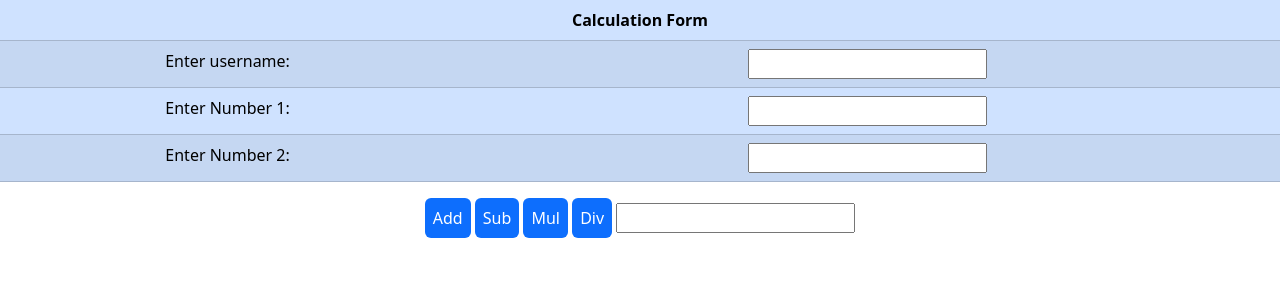
Repository: nyeinsu4520/coursera-test
Page: http://localhost/J2P_J2EE/calculation_form.jsp
The author's editor kept a copy of each file at every save. The page is drawn from the files as they stood at one save, then again after the next save.
The browser window is 1280 px wide. The pictures show the whole page.
The page is served by Tomcat 9.

Above is the page before, as saved 2024-05-27 12:56:53.

After the next save:
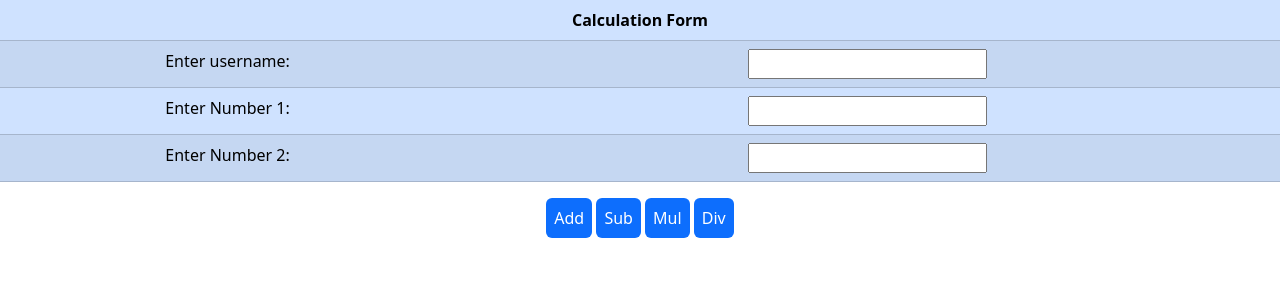
Saved 12 s later.
--- a/J2P_J2EE/src/main/webapp/calculation_form.jsp
+++ b/J2P_J2EE/src/main/webapp/calculation_form.jsp
@@ -13,58 +13,7 @@
 </head>
 <body>
 
-	<%
-	String name=request.getParameter("uname");
-	String numstr1=request.getParameter("num1");
-	String numstr2=request.getParameter("num2");
-	String operation=request.getParameter("operation");
-	String result="";
-
-	if(numstr1!=null && numstr2!=null && operation !=null){
-		try{
-			double num1=Double.parseDouble(numstr1);
-			double num2=Double.parseDouble(numstr2);
-			double calresult=0;
-
-			if(operation.equals("Add")){
-				calresult=num1+num2;
-
-			}
-			else if(operation.equals("Sub")){
-				calresult=num1-num2;
-			}
-			else if(operation.equals("Mul")){
-				calresult=num1*num2;
-			}
-			else if(operation.equals("Div")){
-				if(num2!=0){
-				calresult=num1/num2;
-				}else{
-					result="Cannot divide by zero.";
-				}
-
-			}
-
-			if(result.isEmpty()){
-				result="Good Morning "+name+" !The result is " + String.valueOf(calresult);
-			}
-		}catch(NumberFormatException e){
-			result="Invalid Input.Please enter valid numbers. ";
-		}
-
-	}
-
-	%>
-
-	<% if (!result.isEmpty()) { %>
-	<script>
-   	 alert("<%= result %>");
-	</script>
-	<% } %>
-
-
-
-	<form action="" method="post">
+	<form action="calculation_result" method="post">
 	<table class="table table-primary table-striped text-center">
 
   	<thead>
@@ -91,7 +40,6 @@
 	<input class="bg-primary text-white p-2 border-0 rounded" name="operation" type="submit" value="Mul">
 	<input class="bg-primary text-white p-2 border-0 rounded" name="operation" type="submit" value="Div">
 
-	<input type="text" name="result" readonly value="<%= result %>">
 	</div>
 	</form>
 </body>
